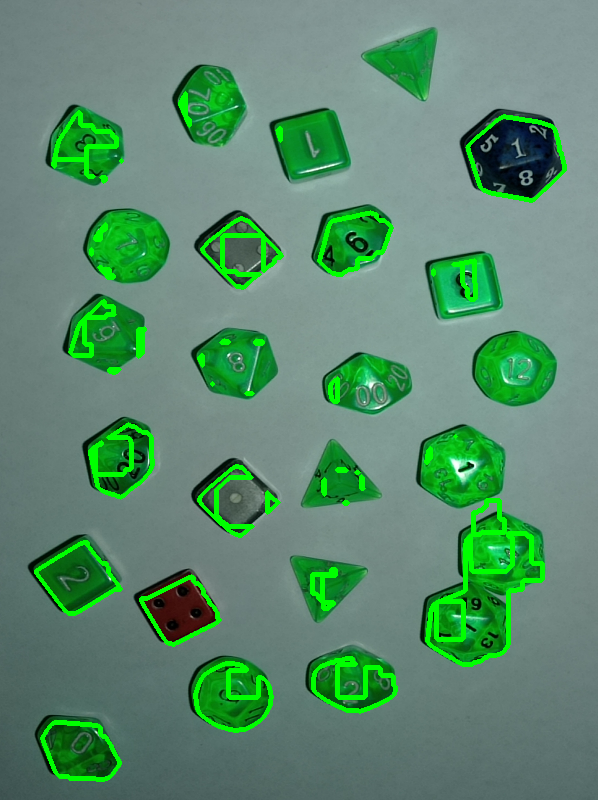
Repository: kaiofbgarcia/OpenCV
Script's output: python dados.py
The author's editor kept a copy of each file at every save. The script's output is drawn from the files as they stood at one save, then again after the next save.
Random numbers start from a fixed seed. It also reads Dados/imgDados/dados4.jpg.

Above is the script's output before, as saved 2022-06-28 20:21:37.

After the next save:
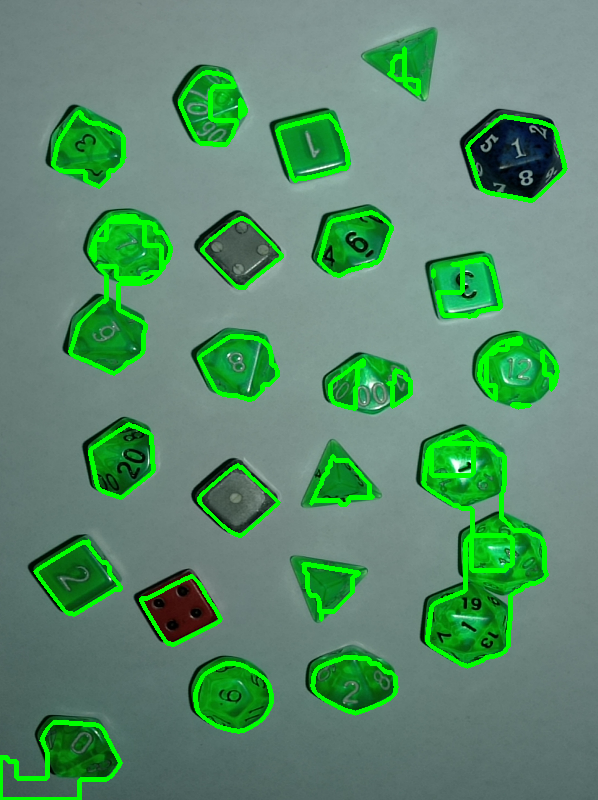
Saved 10 s later.
--- a/dados.py
+++ b/dados.py
@@ -9,7 +9,7 @@ res = cv2.resize(imagem, dsize=( 598, 800), interpolation=cv2.INTER_CUBIC) # Red
 gray = cv2.cvtColor(res, cv2.COLOR_BGR2GRAY)     # GrayScale
 blur = cv2.blur(gray,(1,1))                       # Blur ###############
 
-ret,binary = cv2.threshold(gray , 65 ,255, cv2.THRESH_BINARY)         # Binarização ################
+ret,binary = cv2.threshold(gray , 80 ,255, cv2.THRESH_BINARY)         # Binarização ################
 ret1,binary1 = cv2.threshold(binary,127,255,cv2.THRESH_BINARY_INV)   # Inverter a Binarização
 
 kernel = np.ones((6,6), np.uint8)
